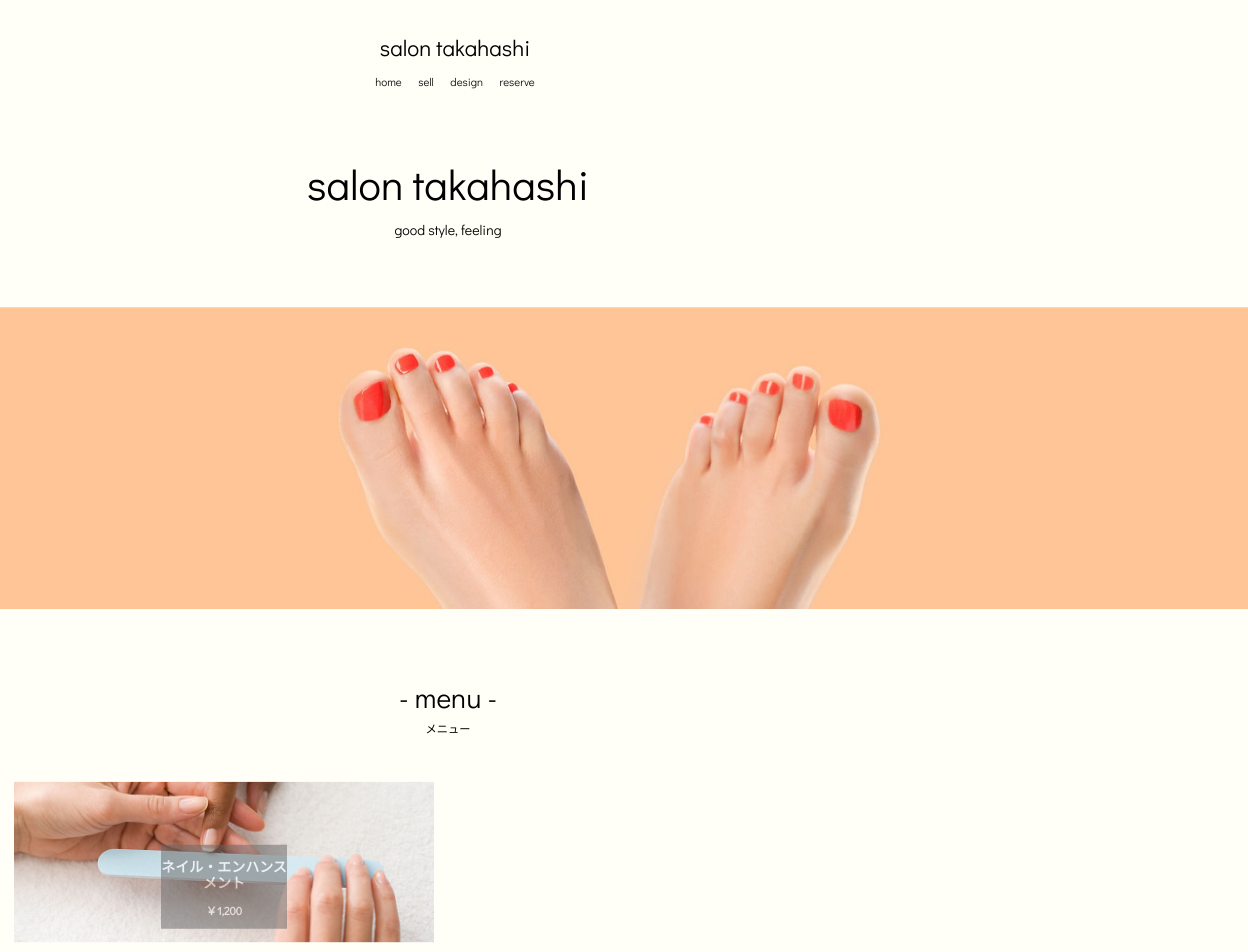
Repository: yukitakahashi1002/salontakahashi-
Page: sell.html
These files come from the project's save history. The page is drawn as it stood at one moment and after the next save; the edit follows.
The browser window is 1280 px wide. The page is 1783 px wide, then 1280 px, so the pictures cover 1783 px, including what lies to the right of the window. The pictures show the part of the page from y = 0 to 1360 px (the page is 2345 px tall before and 1477 px after), at 70% of full size.

Above is the page before, as saved 2023-08-02 01:28:16.

After the next save:
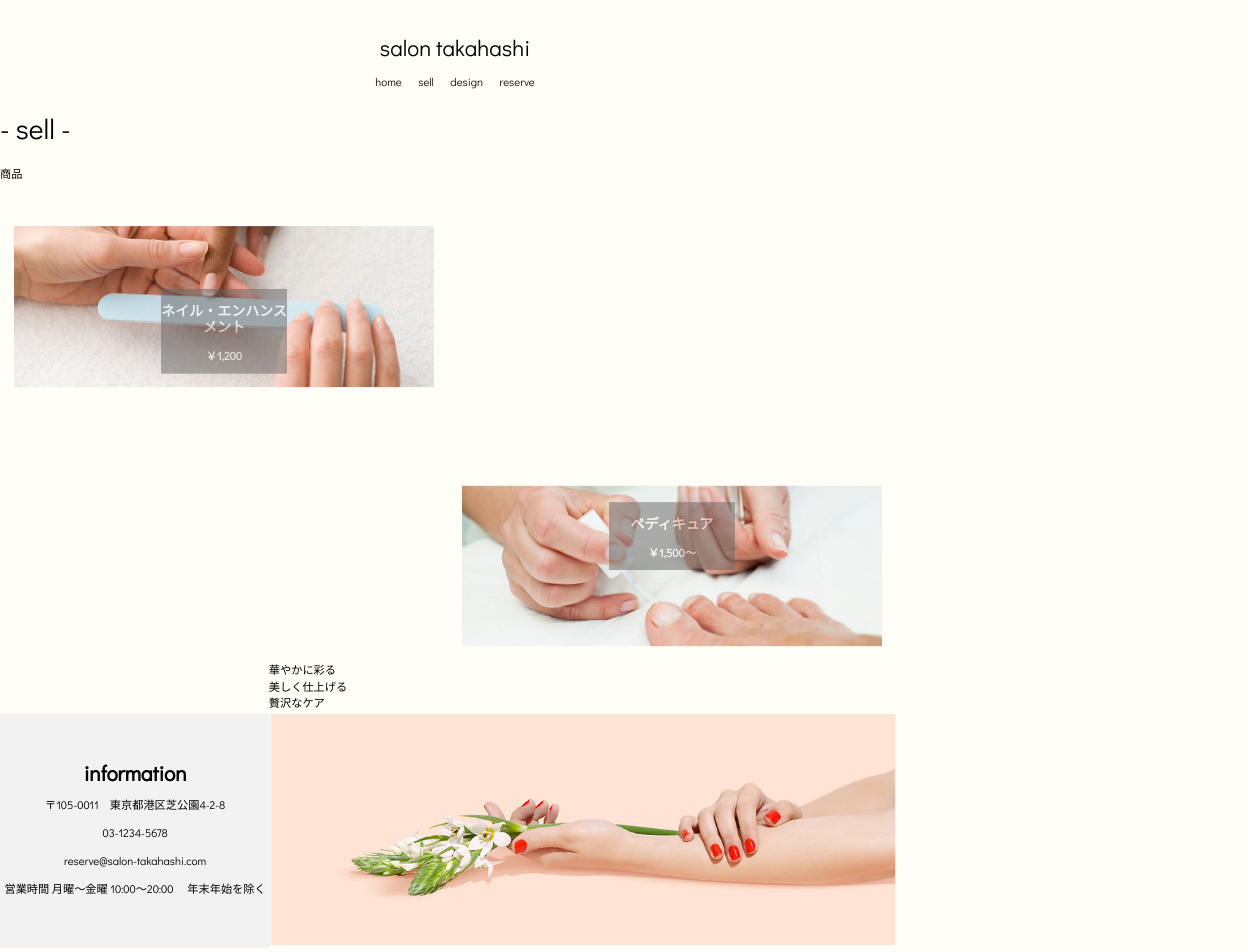
Saved 6 min 27 s later.
--- a/sell.html
+++ b/sell.html
@@ -3,7 +3,7 @@
 <head>
     <title>Salon Takahashi - sell 商品 -</title>
     <meta charset="utf-8">
-    <meta name="description" content="">
+    <meta name="description" content="サロンタカハシの販売商品です">
     <meta name="viewport" content="width=device-width, initial-scale=1.0">
     <link rel="stylesheet" href='https://fonts.googleapis.com/css?family=Didact Gothic'>
     <link rel="stylesheet" href="css/normalize.css">
@@ -25,19 +25,11 @@
     </header>
     <main>
         <article>
-            <!-- メインビジュアル -->
-            <section id="main-visual">
-                <div id="main-message">
-                    <h1>salon takahashi</h1>
-                    <p>good style, feeling</p>
-                </div>
-                <img src="images/59d4f7_2405db9ac6a045a282c7ab2926bb89a0~mv2.jpg" alt="赤いペディキュアのサロンイメージ画像">
-            </section>
             <!-- menu -->
-            <section id="menu">
-                <div class="section-title">
-                    <h2 class="index-h2">- menu -</h2>
-                    <p>メニュー</p>
+            <section id="sell">
+                <div class="sell-title">
+                    <h2>- sell -</h2>
+                    <p>商品</p>
                 </div>
                 <div id="menu-flex">
                     <div class="menu-flex-left">
